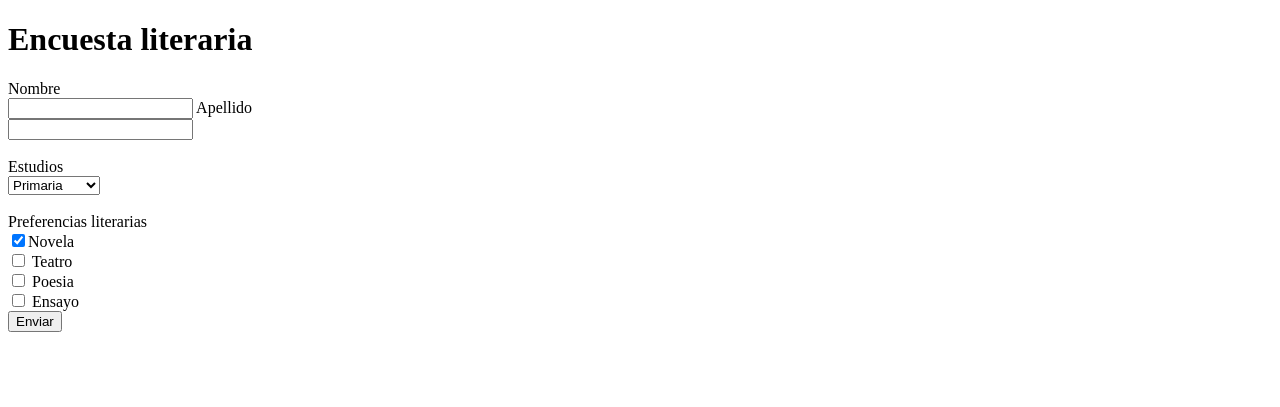
Repository: Scastellc/javaee
Page: Encuentra/WebContent/index.html
An editor plug-in stored every save of this project. The page is shown before and after the next save, followed by the edit.
The browser window is 1280 px wide. The pictures show the whole page.

Above is the page before, as saved 2017-02-16 17:52:26.

### Encuentra/WebContent/index.html
<!DOCTYPE html>
<html>
<head>
<meta charset="UTF-8">
<title>Encuesta</title>
</head>
<body>
<h1>Encuesta literaria</h1>

<form action="/Encuesta/mostrar">

	Nombre<br>
	<input type = "text" name ="nombre">

	Apellido<br>
	<input type = "text" name ="apellido"><br><br>

	Estudios<br>

	<select name="estudios">
		<option>Primaria</option>
		<option>Secundaria</option>
		<option>Bachillerato</option>
	</select> <br><br>

	Preferencias literarias <br>
	<input type = "checkbox" name="preferencias" value="Novela" checked>Novela <br>
	<input type = "checkbox" name="preferencias" value="Teatro"> Teatro <br>
	<input type = "checkbox" name="preferencias" value="Poesia"> Poesia <br>
	<input type = "checkbox" name="preferencias" value="Ensayo"> Ensayo <br>

	<input type="submit" value="Enviar">

</form>
</body>
</html>

After the next save:
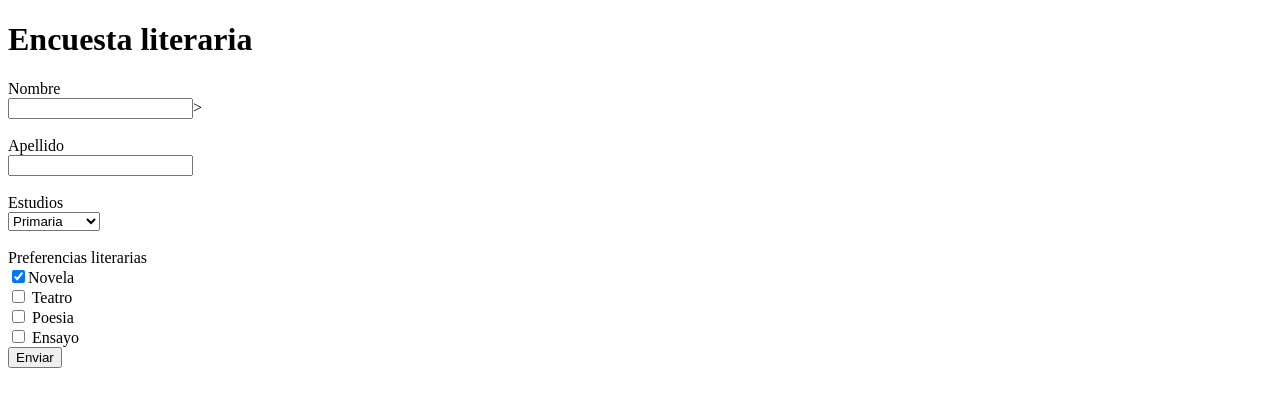
Saved 23 s later.
--- a/Encuentra/WebContent/index.html
+++ b/Encuentra/WebContent/index.html
@@ -10,7 +10,7 @@
 <form action="/Encuesta/mostrar">
 
 	Nombre<br>
-	<input type = "text" name ="nombre">
+	<input type = "text" name ="nombre">><br><br>
 
 	Apellido<br>
 	<input type = "text" name ="apellido"><br><br>
